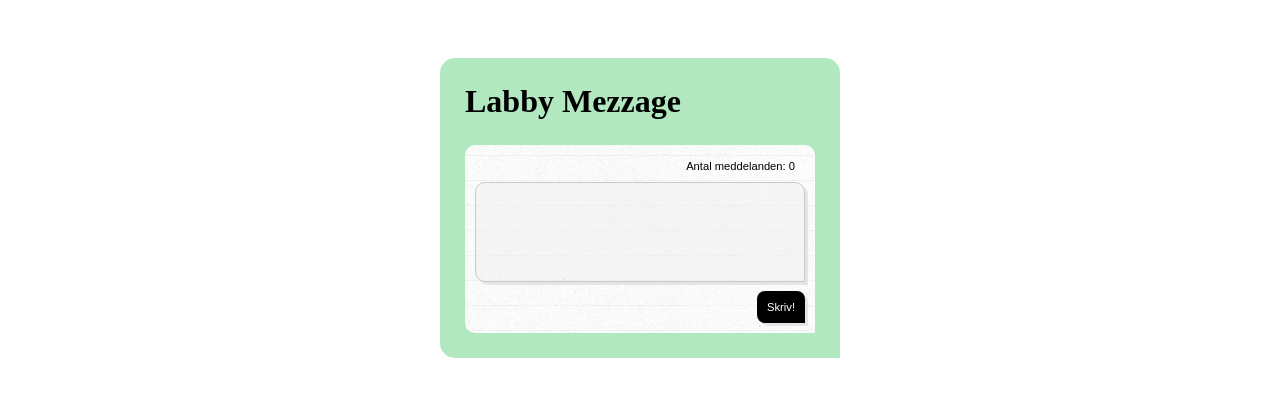
Repository: lw222gu/1dv403-laborationer
Page: 2-labbymezzage/index.html
The author's editor kept a record of every edit. The page is drawn from the files as they stood at one moment, then again after the next edit.
The browser window is 1280 px wide. The pictures show the whole page.
Some web fonts or font styles are not loaded; a fallback is used.

Above is the page before.

### 2-labbymezzage/index.html
<!doctype html>
<html lang = "sv">
    <head>
        <meta charset="utf-8" />
        <meta name="viewport" content="width=device-width, initial-scale=1.0" />
        <title>Labby Mezzage</title>

        <!-- Main CSS -->
        <link rel="stylesheet" href="css/style.css" />

        <!-- Fonts -->
        <link href='//fonts.googleapis.com/css?family=Shadows+Into+Light+Two' rel='stylesheet' type='text/css'>

        <!-- JavaScript -->
        <script src="mainscript.js"></script>
        <script src="message.js"></script>

    </head>

    <body>

        <div id="container">
            <header>
                <h1>Labby Mezzage</h1>
            </header>

            <main>
                <div id="messages">
<!--                <ul>
                        <li>Ett testinlägg för att kunna skriva css:en för listor och listelement.</li>
                        <li>Ett testinlägg för att kunna skriva css:en för listor och listelement.</li>
                    </ul>
-->
                </div>
                <div id="counter"></div>
                <textarea id="textbox"></textarea>
                <input id="button" type="submit" value="Skriv!" />
            </main>
        </div>

    </body>
</html>

### 2-labbymezzage/css/style.css
body {
    font-size: 1em;
    padding-top:50px;
    font-family:Arial, sans-serif;
}

#container {
    max-width: 350px;
    margin: 0 auto 0 auto;
    background-color:#B1E8C0;
    overflow: auto;
    padding:25px;
    border-radius:15px 15px 0px 15px;
}

main {
    width:inherit;
    background-color:#FFF;
    background-image:url(pics/linedpaper.png);
    margin-top:25px;
    padding:10px;
    border-radius:10px 10px 0px 10px;
    overflow:auto;

}

h1 {
    font-family: 'Shadows Into Light Two', cursive;
    color: #000 ;
    margin:0px;
}

.message {
    padding:10px;
    font-family: 'Shadows Into Light Two', cursive;
    font-size:1em;
    color:#000;
    background-color:rgba(240, 240, 240, 0.5);
    border-radius:10px 10px 0px 10px;
    box-shadow:3px 3px 0px rgba(220, 220, 220, 0.7);
    margin-bottom: 6px;
}

p {
    margin-top:0px;
    margin-bottom:10px;
    float:left;
    width: 88%;
}

#counter, .datetext {
    font-family:Arial, sans-serif;
    font-size:0.7em;
    text-align:right;
    margin-bottom:5px;
}

#counter {
    float:right;
    padding-right:10px;
    padding-top:5px;
    padding-bottom:5px;
}

.removemessage {
    margin-right:0px;
}

.messagetime {
    margin-right: 4px;
}

#textbox {
    resize:none;
    box-sizing:border-box;
    width: 100%;
    overflow:auto;
    height:100px;
    padding:10px;
    margin-bottom:5px;
    border-width:1px;
    border-color:rgb(200, 200, 200);
    border-style:solid;
    border-radius:10px 10px 0px 10px;
    box-shadow:3px 3px 0px rgba(220, 220, 220, 0.7);
    background-color:rgba(240, 240, 240, 0.5);
}

#button {
    float:right;
    padding:10px;
    border-radius:8px 8px 0px 8px;
    border:none;
    color:#FFF;
    background-color:#000;
    cursor: pointer;
    box-shadow:3px 3px 0px rgba(220, 220, 220, 0.7);
    font-size:0.7em;
}

### 2-labbymezzage/mainscript.js
"use strict";

var mezzageApp = {

    messages: [],

    init: function(e){

        var button = document.querySelector("#button");
        var textarea = document.getElementById("textbox");
        document.getElementById("counter").innerHTML = "Antal meddelanden: 0";

        button.onclick = function(){
            mezzageApp.createMessage();
        };

        textarea.onkeypress = function(e){
            if(e.keyCode == 13 && !e.shiftKey){
                    e.preventDefault();
                    mezzageApp.createMessage();
            }
        };

    },

    createMessage: function(){
        var message = document.getElementById("textbox").value;

        var mess = new Message(message, new Date());
        mezzageApp.messages.push(mess);
        console.log(mezzageApp.messages);

        mezzageApp.renderMessages(mezzageApp.messages[mezzageApp.messages.length-1]);
    },


    renderMessages: function(){

        document.getElementById("messages").innerHTML = "";
        var textbox = document.querySelector("#textbox");



        for (var i = 0; i < mezzageApp.messages.length; ++i){
            mezzageApp.renderMessage(i);
            textbox.value = "";
        }
            mezzageApp.countMessages(i);

    },

    countMessages: function(count){

        var counter = count-1;
        counter++;

        var counterText;
        counterText = document.getElementById("counter").innerHTML = "Antal meddelanden: " + counter;

    },


    renderMessage: function(messageID){

        var myMessages = document.getElementById("messages");

        var oneMessage = document.createElement("div");
        oneMessage.className = "message";

        var text = document.createElement("p");
        text.className = "messagetext";
        text.innerHTML = mezzageApp.messages[messageID].getHTMLText();

        var date = document.createElement("footer");
        date.className = "datetext";
        date.innerHTML = mezzageApp.messages[messageID].getDateText();

        var removeMessage = document.createElement("img");
        removeMessage.className = "removemessage";
        removeMessage.setAttribute("src", "css/pics/remove_message.svg");
        removeMessage.setAttribute("alt", "Radera meddelandet");

        var aRemoveMessage = document.createElement("a");
        aRemoveMessage.setAttribute("href", "#");

        aRemoveMessage.appendChild(removeMessage);

        var messageTime = document.createElement("img");
        messageTime.className = "messagetime";
        messageTime.setAttribute("src", "css/pics/message_time.svg");
        messageTime.setAttribute("alt", "När skapades meddelandet?");

        var aMessageTime = document.createElement("a");
        aMessageTime.setAttribute("href", "#");

        aMessageTime.appendChild(messageTime);

        oneMessage.appendChild(text);
        oneMessage.appendChild(aMessageTime);
        oneMessage.appendChild(aRemoveMessage);
        oneMessage.appendChild(date);

        myMessages.appendChild(oneMessage);

        removeMessage.onclick = function(){
            mezzageApp.removeActualMessage(messageID);
        };

        messageTime.onclick = function(){
            mezzageApp.messageTimeCreated(messageID);
        };

    },

    messageTimeCreated: function(time){
            var months = ["januari", "februari", "mars", "april", "maj", "juni", "juli", "augusti", "september", "oktober", "november", "december"];
            var monthNumber = mezzageApp.messages[time].getDate().getMonth();
            var month = months[monthNumber];
            var d = mezzageApp.messages[time].getDate();
            alert("Inlägget skapades den " + d.getDate() + " " + month + " " + d.getFullYear() + " klockan " + mezzageApp.messages[time].getDateText());
    },

    removeActualMessage: function(removedMessage){
        var control = confirm("Är du säker på att du vill ta bort meddelandet?");
        if(control === true){
        mezzageApp.messages.splice(removedMessage, 1);
        mezzageApp.renderMessages();
        }
    },

};

window.onload = mezzageApp.init; //pekar på metoden init som kommer köras när sidan laddats




//            Message.message = document.getElementById("#textbox").value;


//        sendMess.addEventListener("click", function(){
//           var mess = new Message();
//        });

   /*
        var mess = new Message("Testmeddelande", new Date());
        alert(mess);
        alert(mess.getText());
        mess.setText("En annan text att testa");
        alert(mess);

        mezzageApp.messages.push(mess, "Kiwi");
        alert(mezzageApp.messages[1]);
        console.log(mess);
    */




 //Ul istället för div
 /*
            if(!clickedOnce){
                divMessages.appendChild(ul);
                clickedOnce = true;
            }
 */

    /*
            for (mess in mezzageApp.messages){
                var text = document.createElement("p");
                text.className = "messagetext";
                var date = document.createElement("p");
                date.className = "datetext";
                li = document.createElement("li");
                text.innerHTML = mezzageApp.messages[mess].getHTMLText(message);
                date.innerHTML = mezzageApp.messages[mess].getDateText();
                li.appendChild(text);
                li.appendChild(date);
            }

            ul.appendChild(li);
            var textbox = document.querySelector("#textbox");
            textbox.value = "";
 */

### 2-labbymezzage/message.js
"use strict";
/* Message constructor */

function Message(message, date){

    this.getText = function(){
        return message;
    };

    this.setText = function(_text){
        message = _text;
    };

    this.getDate = function(){
        return date;
    };

    this.setDate = function(_date){
        date = _date;
    };
}

Message.prototype.toString = function(){
    // Returnerar objektet som en sträng
    return (this.getText() + " (" + this.getDate() + ")");
};

Message.prototype.getHTMLText = function(){
    // Hämtar texten med \n utbytt mot <br/>
    var text = this.getText().replace(/\n/g, "<br />");
    return text;
};

Message.prototype.getDateText = function(){
    var dateText = this.getDate();
    return dateText;
};

After the next edit:
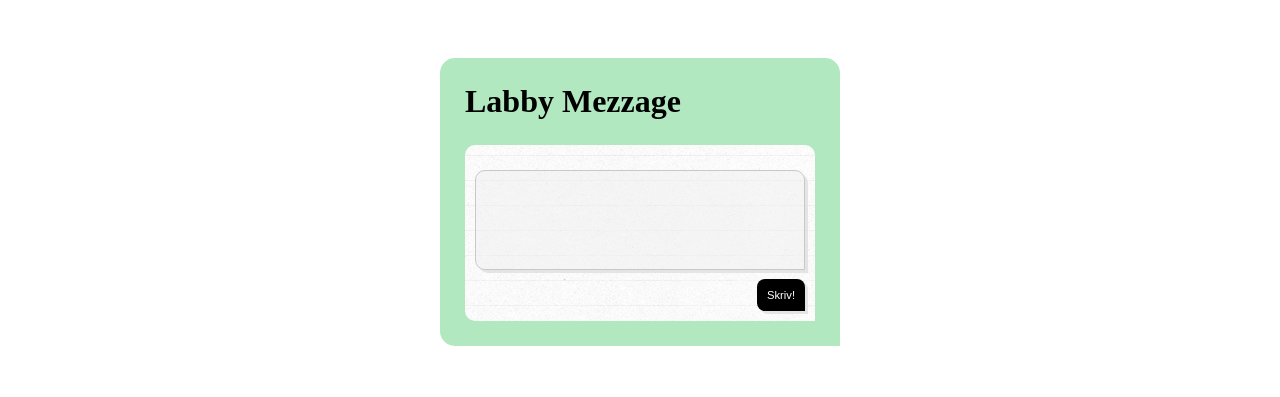
Console error: SyntaxError: Unexpected token ':'
The edit:
--- a/2-labbymezzage/mainscript.js
+++ b/2-labbymezzage/mainscript.js
@@ -110,6 +110,12 @@
             mezzageApp.messageTimeCreated(messageID);
         };
 
+        aMessageTime.onkeypress = function(e){
+            if(e.keyCode == 13){
+                e.preventDefault();
+                mezzageApp.messageTimeCreated(messageID);
+            }
+
     },
 
     messageTimeCreated: function(time){

After the edit that followed:
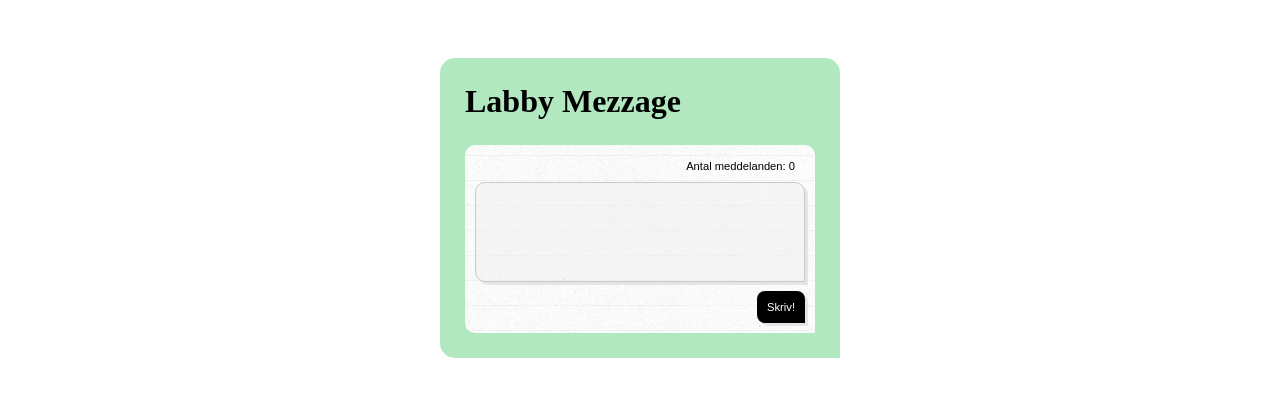
The error is gone.
The edit:
--- a/2-labbymezzage/mainscript.js
+++ b/2-labbymezzage/mainscript.js
@@ -115,7 +115,7 @@
                 e.preventDefault();
                 mezzageApp.messageTimeCreated(messageID);
             }
-
+        };
     },
 
     messageTimeCreated: function(time){
